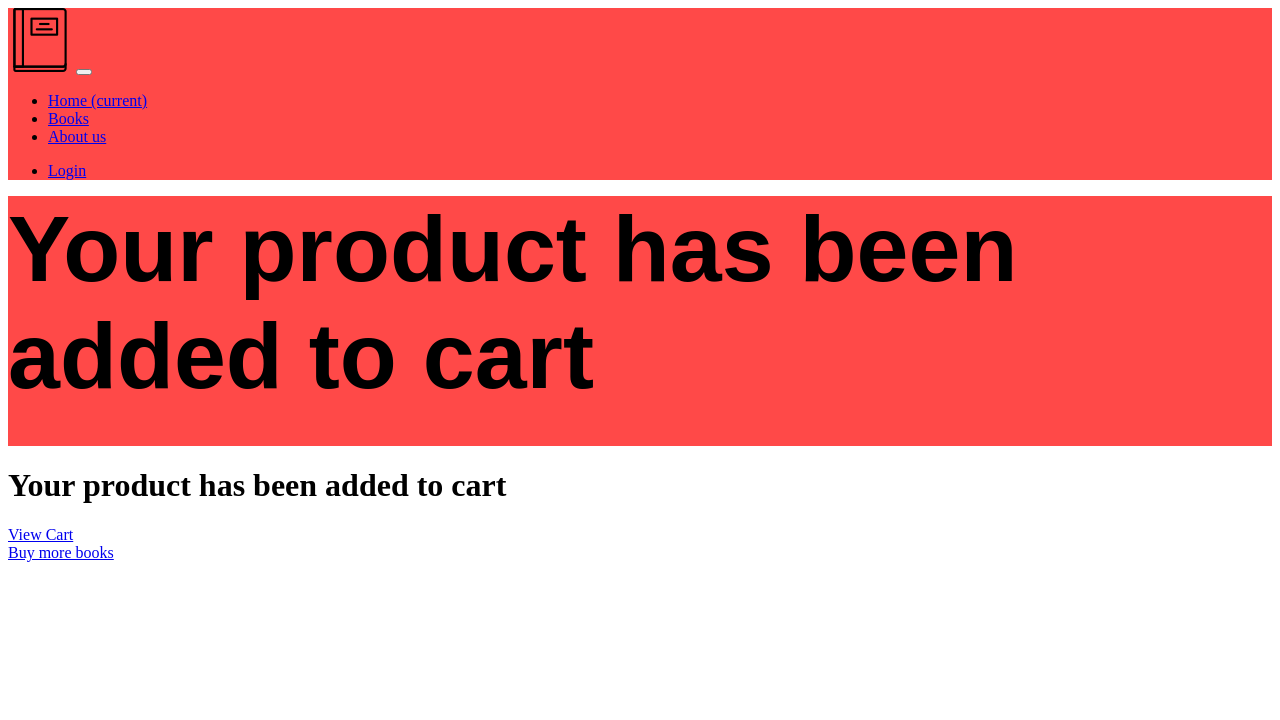
Repository: abhishekgandhi2398/BookStore
Page: http://localhost/BookStore/addedtocart.jsp
These files come from the project's save history. The page is drawn as it stood at one moment and after the next save; the edit follows.
The browser window is 1280 px wide. The pictures show the whole page.
The page is served by Tomcat 9. Other server files are loaded and not shown.

Above is the page before, as saved 2019-12-06 12:56:53.

### ProjectJava/BookStore/WebContent/addedtocart.jsp
<%@ page language="java" contentType="text/html; charset=ISO-8859-1"
    pageEncoding="ISO-8859-1"
     import="com.BookStore.Dao.*,com.BookStore.User.*,java.util.*" %>
<%@ taglib prefix="c" uri="http://java.sun.com/jsp/jstl/core" %>

<!DOCTYPE html>
<html>
<head>
<meta charset="ISO-8859-1">
<title>Insert title here</title>
</head>
<body>

<nav class="navbar navbar-expand-lg navbar-light" style="background-color: #FF4948">
  <img src="img/logo.png" class="navbar-brand">
  <button class="navbar-toggler" type="button" data-toggle="collapse" data-target="#navbarTogglerDemo02" aria-controls="navbarTogglerDemo02" aria-expanded="false" aria-label="Toggle navigation">
    <span class="navbar-toggler-icon"></span>
  </button>

  <div class="collapse navbar-collapse" id="navbarTogglerDemo02">
    <ul class="navbar-nav mr-auto mt-2 mt-lg-0">
      <li class="nav-item active">
        <a class="nav-link" href="1.jsp">Home <span class="sr-only">(current)</span></a>
      </li>
      <li class="nav-item">
        <a class="nav-link" href="User_Products.jsp">Books</a>
      </li>
      <li class="nav-item">
        <a class="nav-link" href="#">About us</a>
      </li>
    </ul>

    <form class="form-inline my-2 my-lg-0">
        <ul class="navbar-nav mr-auto mt-2 mt-lg-0">

     <%
String q=(String)session.getAttribute("mobno");

if(q==null)
{
     %>
       <li class="nav-item">
        <a class="nav-link" href="ulogin.jsp">Login</a>
      </li>
<%}
else
{ %>
      <li class="nav-item">
        <a class="nav-link" href="vc.jsp">View Cart</a>
      </li>
      <li class="nav-item">
        <a class="nav-link" href="vieworderuser.jsp">View Orders</a>
      </li>
        <li class="nav-item">
        <a class="nav-link" href="ulogout.jsp">Logout</a>
      </li>

  <%      }


%>
      </ul>


    </form>
  </div>
</nav>


<div style="background-color: #FF4948; height: 250px; width: 100%;" class="d-flex justify-content-center  align-items-center">

		<b style="font-family: sans-serif; font-size: 70pt;">Your product has been added to cart</b>

</div>


<h1>Your product has been added to cart</h1>

<a href="vc.jsp">View Cart</a>
<br>
<a href="User_Products.jsp">Buy more books</a>

<br>

</body>
</html>

After the next save:
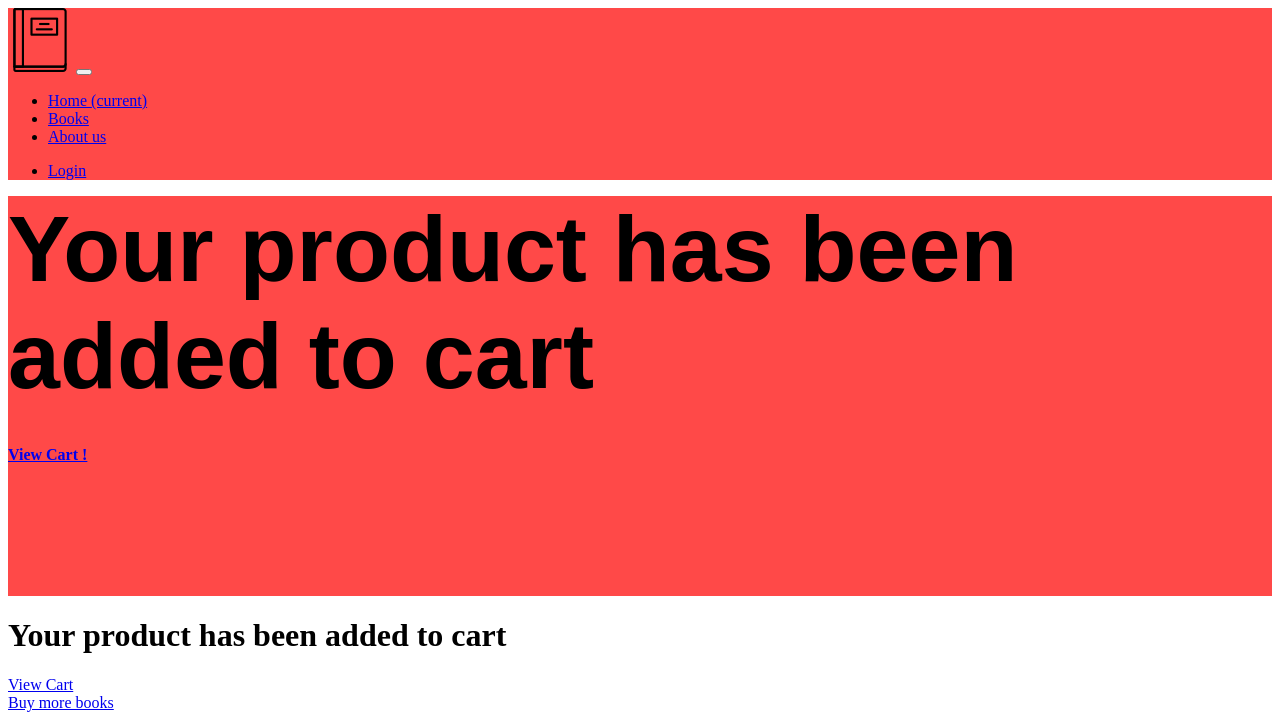
Saved 44 s later.
--- a/ProjectJava/BookStore/WebContent/addedtocart.jsp
+++ b/ProjectJava/BookStore/WebContent/addedtocart.jsp
@@ -74,6 +74,14 @@ else
 </div>
 
 
+<div style="background-color: #FF4948; height: 150px; width: 100%;" class="d-flex justify-content-center  align-items-center">
+		<a href="vc.jsp" class="btn btn-dark" style="height: 80x; width: 350px;"><b>View Cart !</b></a>
+		<br>
+		<br>
+		<br>
+
+</div>
+
 <h1>Your product has been added to cart</h1>
 
 <a href="vc.jsp">View Cart</a>
